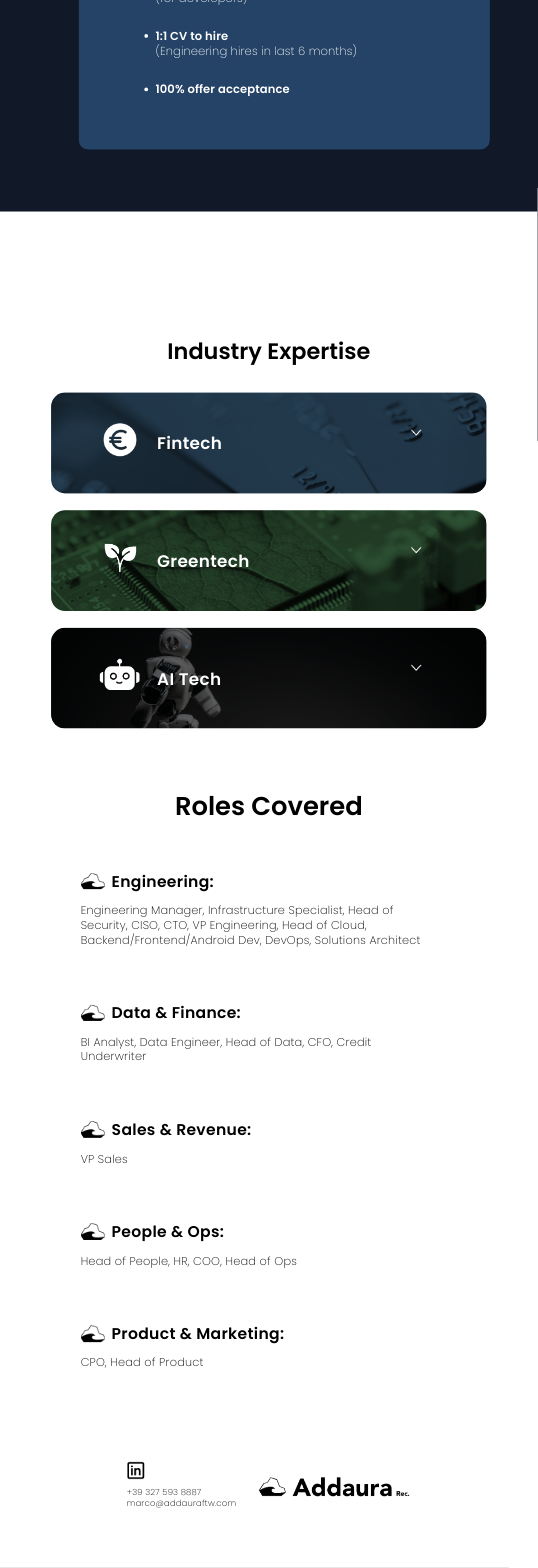
Repository: UnatPannu/Addaura-Trial
Page: public/services.html
An editor plug-in stored every save of this project. The page is shown before and after the next save, followed by the edit.
The browser window is 768 px wide. The pictures show the part of the page from y = 2637 to 4877 px (the page is 4877 px tall), at 70% of full size.
Backgrounds fixed to the window are drawn as part of the page.

Above is the page before, as saved 2025-09-22 19:26:34.

After the next save:
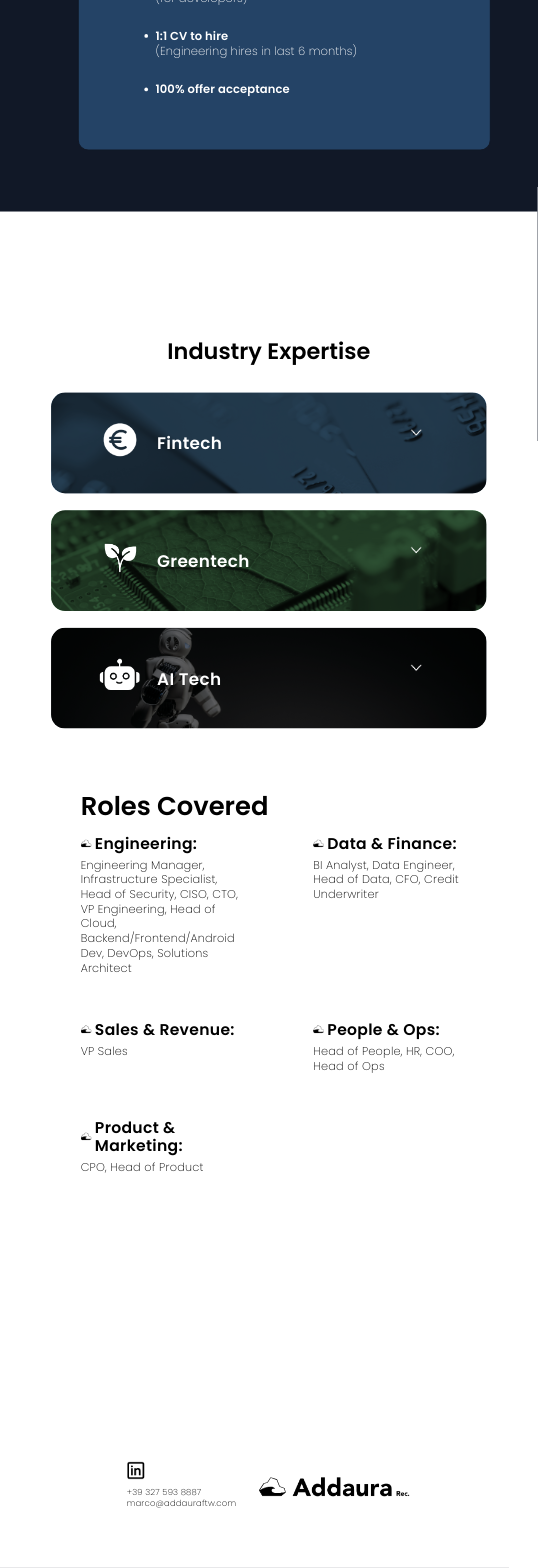
Saved 5 s later.
--- a/public/styles/services.css
+++ b/public/styles/services.css
@@ -363,14 +363,7 @@
     padding-block:15%;
     margin-top:20%;
   }
-  .roles-container{
-    display:flex;
-    flex-direction:column;
-  }
-  .roles-covered h2{
-    margin-bottom:10%;
-    text-align:center;
-  }
+
   .mobile-heading{
     display:block;
     text-align:center;

After the 2 saves that followed:
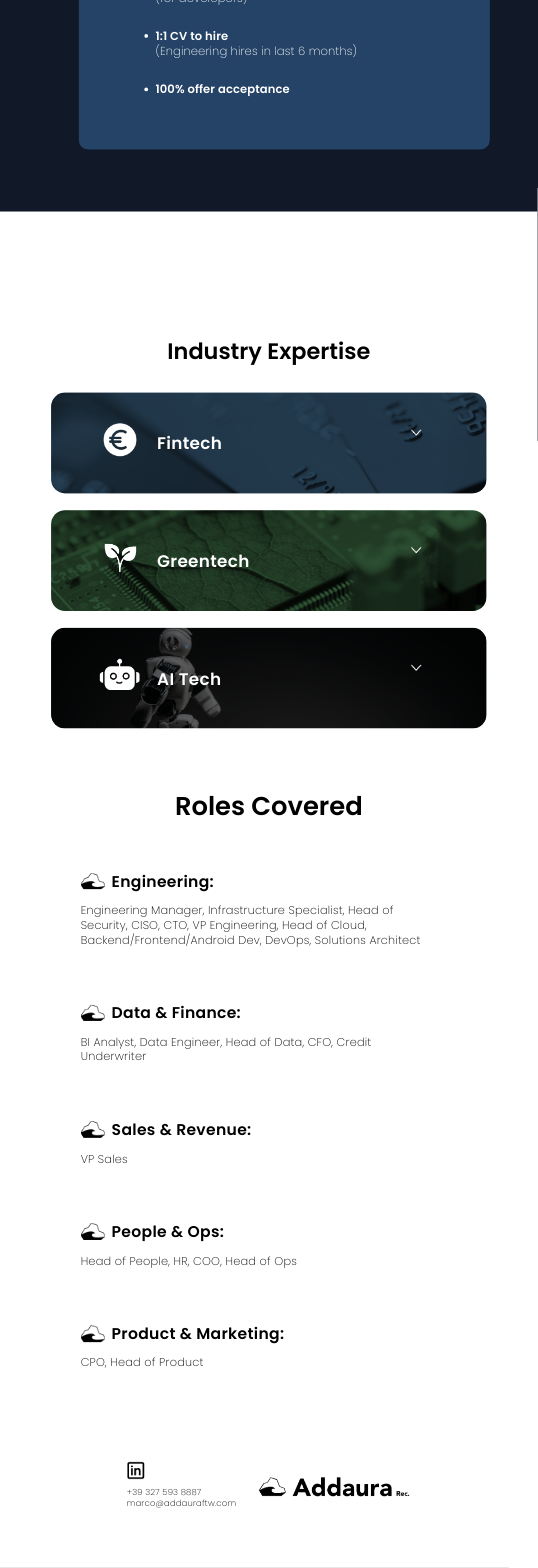
The 2 saves are shown as one change because they came seconds apart.
The last was saved 9 s later.
--- a/public/styles/services.css
+++ b/public/styles/services.css
@@ -547,7 +547,14 @@
     transform: rotate(180deg);
     transition: transform 0.2s ease;
   }
-  footer
+  .roles-container{
+    display:flex;
+    flex-direction:column;
+  }
+  .roles-covered h2{
+    margin-bottom:10%;
+    text-align:center;
+  }
 }
 
 /*Tablet Only*/
